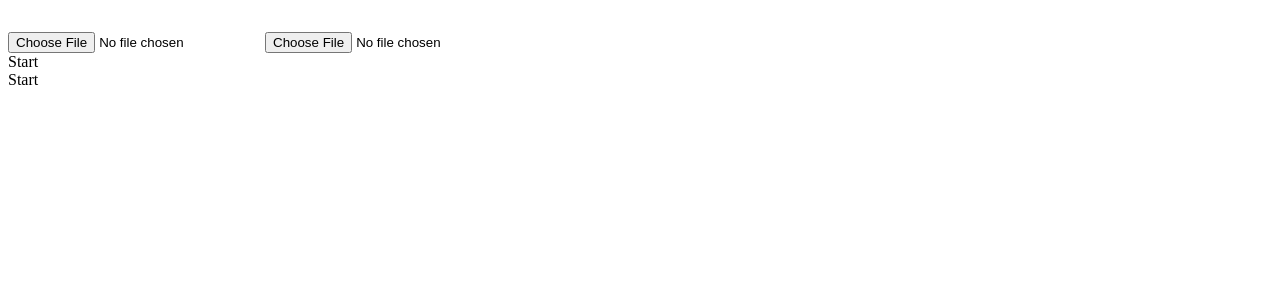
Repository: Hexya/Kaleidoscope
Page: app/index.html
These files come from the project's save history. The page is drawn as it stood at one moment and after the next save; the edit follows.
The browser window is 1280 px wide. The pictures show the whole page.

Above is the page before, as saved 2021-05-18 15:34:02.

After the next save:
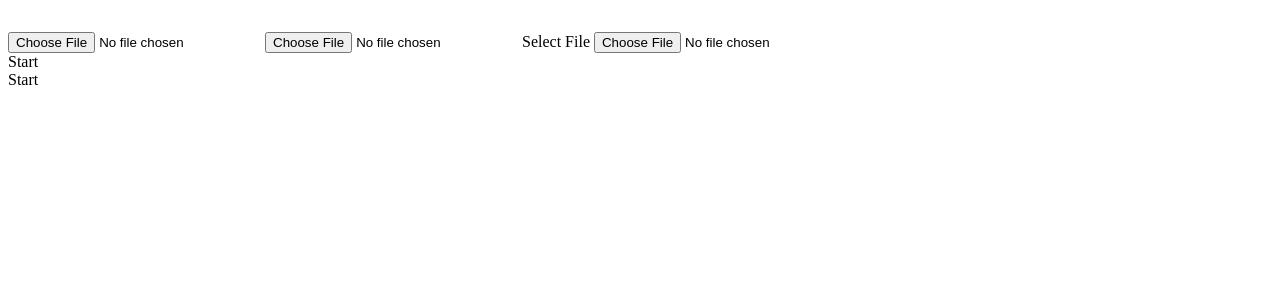
Saved 4 min 45 s later.
--- a/app/index.html
+++ b/app/index.html
@@ -11,6 +11,8 @@
         <div class="home-container">
             <input type="file" class="img">
             <input type="file" class="img2">
+            <label for="file" class="label-file">Select File</label>
+            <input type="file" name="file" id="file" accept="image/*" class="input-file" />
             <div class="ready-anim">Start</div>
             <div class="load-btn"></div>
             <div class="start-btn">Start</div>
